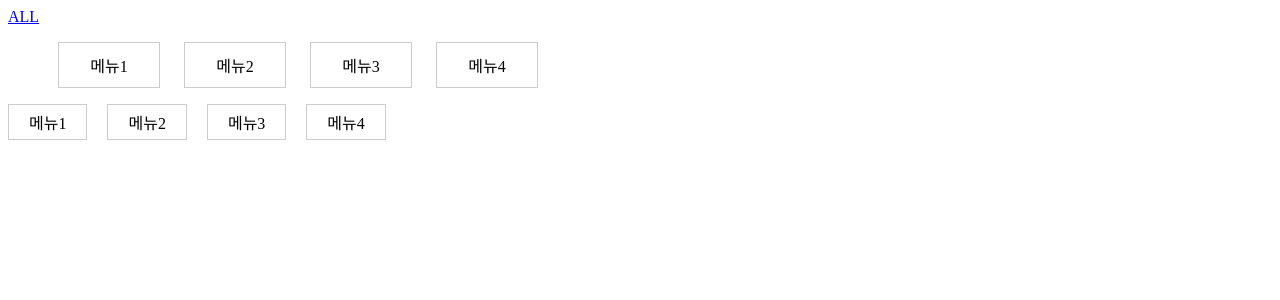
Repository: itkezi/HTML_2022_505
Page: Web/WebContent/style/0328_menu.html
The author's editor kept a copy of each file at every save. The page is drawn from the files as they stood at one save, then again after the next save.
The browser window is 1280 px wide. The pictures show the whole page.

Above is the page before, as saved 2022-03-28 06:29:20.

### Web/WebContent/style/0328_menu.html
<!DOCTYPE html>
<html>
<head>
<meta charset="UTF-8">
<title>메뉴 스타일</title>

<style>
/* #first ul { */
/* 	list-style: none; }	 list-style-type은 inline과 inline-block에서는 작동하지 않는다.*/
#first ul li {
	display: inline-block;
		/* 	display: inline; 요소의 크기만 차지하기 때문에 적절치 않음*/
	padding: 10px 0;
	width:100px;
	border: 1px solid #ccc;
	text-align: center;
	margin: 0 10px;
	}

#second div{
	border: 1px solid #ccc;
	float: left; /*float를 지정하면 실제 컨텐츠 만큼의 너비를 차지*/
	padding: 5px 20px;
	margin-right: 20px;
	}
</style>

</head>

<body>
<a href="http://localhost:8080/Web/HTML/ALL.html" target='_blank'> ALL</a>
<br>


<div id='first'>
	<ul>
		<li>메뉴1</li>
		<li>메뉴2</li>
		<li>메뉴3</li>
		<li>메뉴4</li>
	</ul>
</div>
<div id ='second'>
	<div>메뉴1</div>
	<div>메뉴2</div>
	<div>메뉴3</div>
	<div>메뉴4</div>
</div>

</body>
</html>

After the next save:
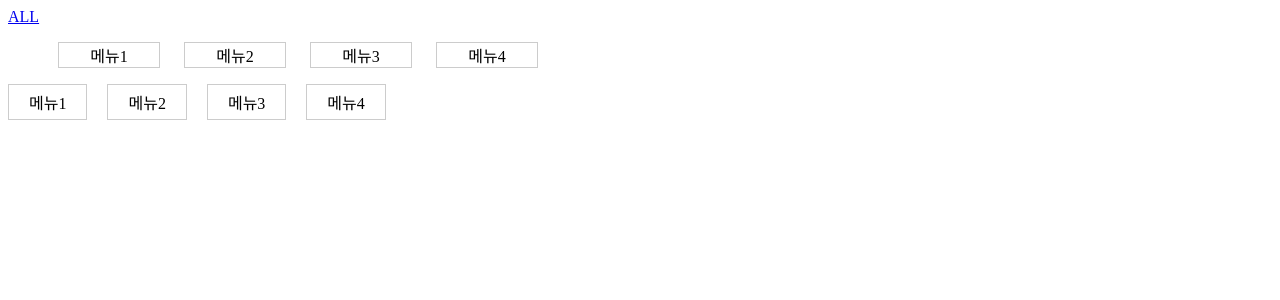
Saved 3 min 44 s later.
--- a/Web/WebContent/style/0328_menu.html
+++ b/Web/WebContent/style/0328_menu.html
@@ -10,7 +10,7 @@
 #first ul li {
 	display: inline-block;
 		/* 	display: inline; 요소의 크기만 차지하기 때문에 적절치 않음*/
-	padding: 10px 0;
+	padding: 0;
 	width:100px;
 	border: 1px solid #ccc;
 	text-align: center;
@@ -19,7 +19,8 @@
 
 #second div{
 	border: 1px solid #ccc;
-	float: left; /*float를 지정하면 실제 컨텐츠 만큼의 너비를 차지*/
+	float: left; /* float를 지정하면 실제 컨텐츠 만큼의 너비를 차지 */
+				 /* float 지정한 후 다음 태그에 float 속성을 없애려면  {clear:left;} 해줘야 함 */
 	padding: 5px 20px;
 	margin-right: 20px;
 	}
